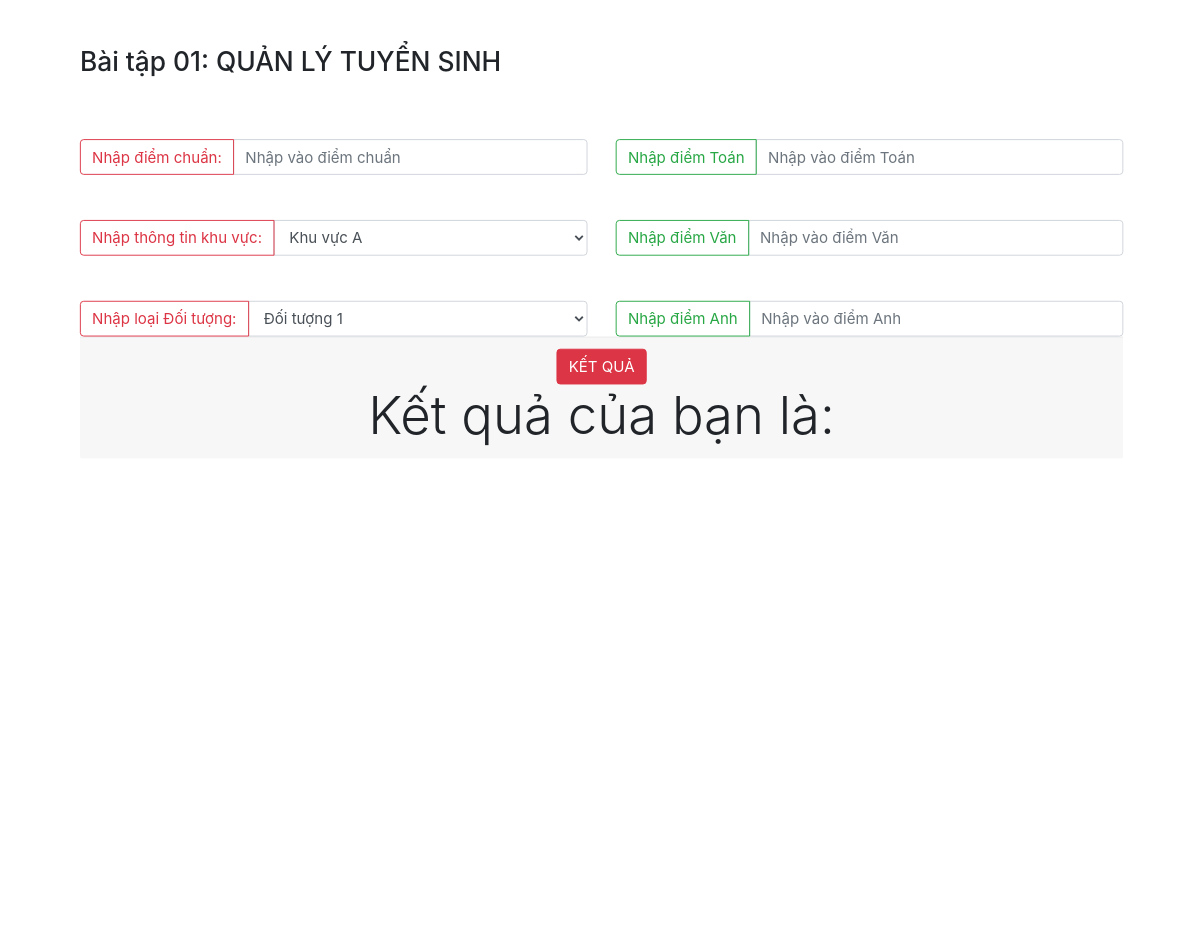
Repository: ducdatit2002/javascript-tinh-day15
Page: index.html
These files come from the project's save history. The page is drawn as it stood at one moment and after a run of saves; the edit follows.
The browser window is 1280 px wide. The pictures show the whole page, at 94% of full size.

Above is the page before, as saved 2023-08-20 12:55:50.

After the next 2 saves:
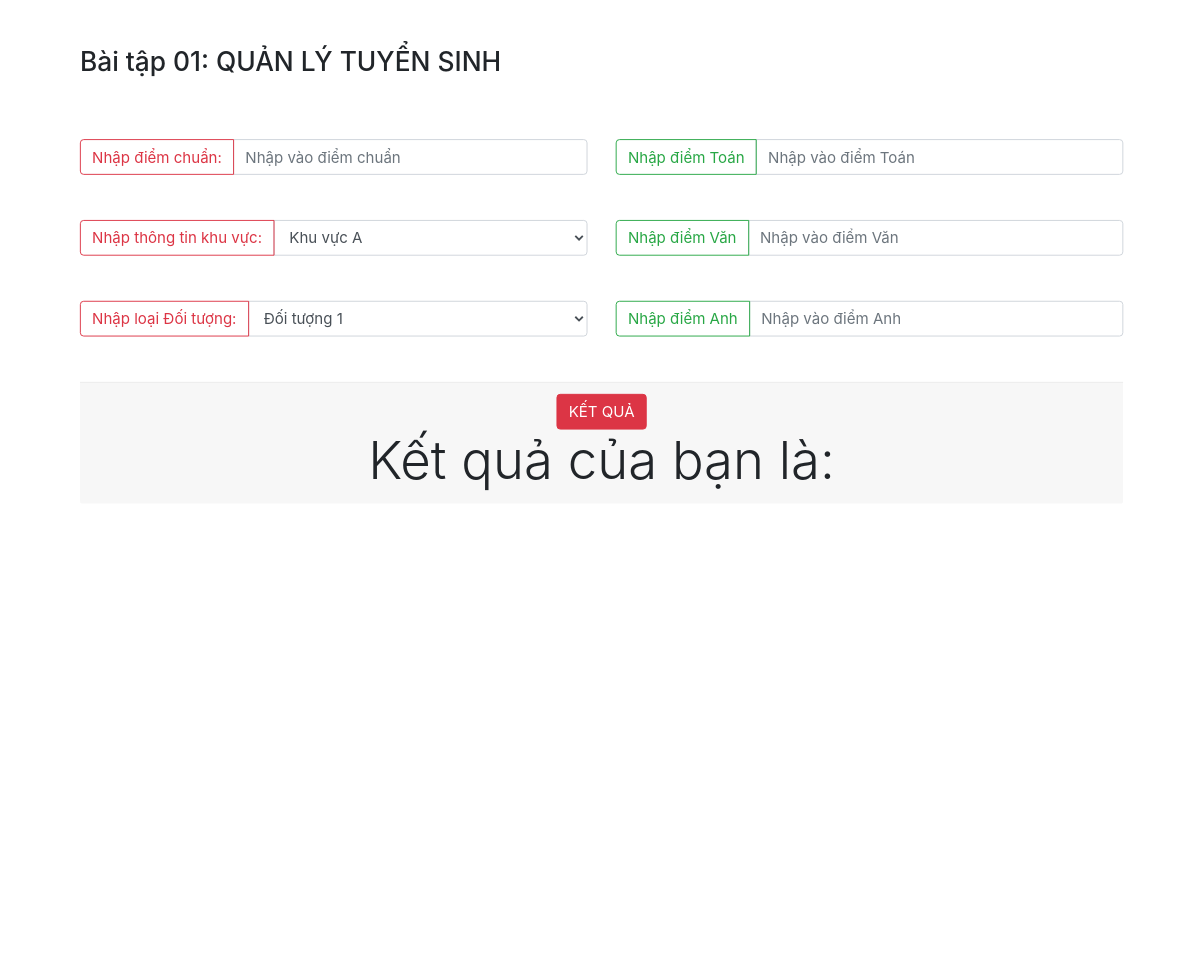
The 2 saves are shown as one change because they came seconds apart.
The last was saved 7 s later.
--- a/index.html
+++ b/index.html
@@ -91,7 +91,7 @@
             </div>
           </div>
         </div>
-        <div class="card-footer text-center">
+        <div class="card-footer text-center mt-5">
             <button id="btnKetQua" class="btn btn-danger">KẾT QUẢ</button>
             <br />
             <span id="ketQua" class="display-4">Kết quả của bạn là: </span>
